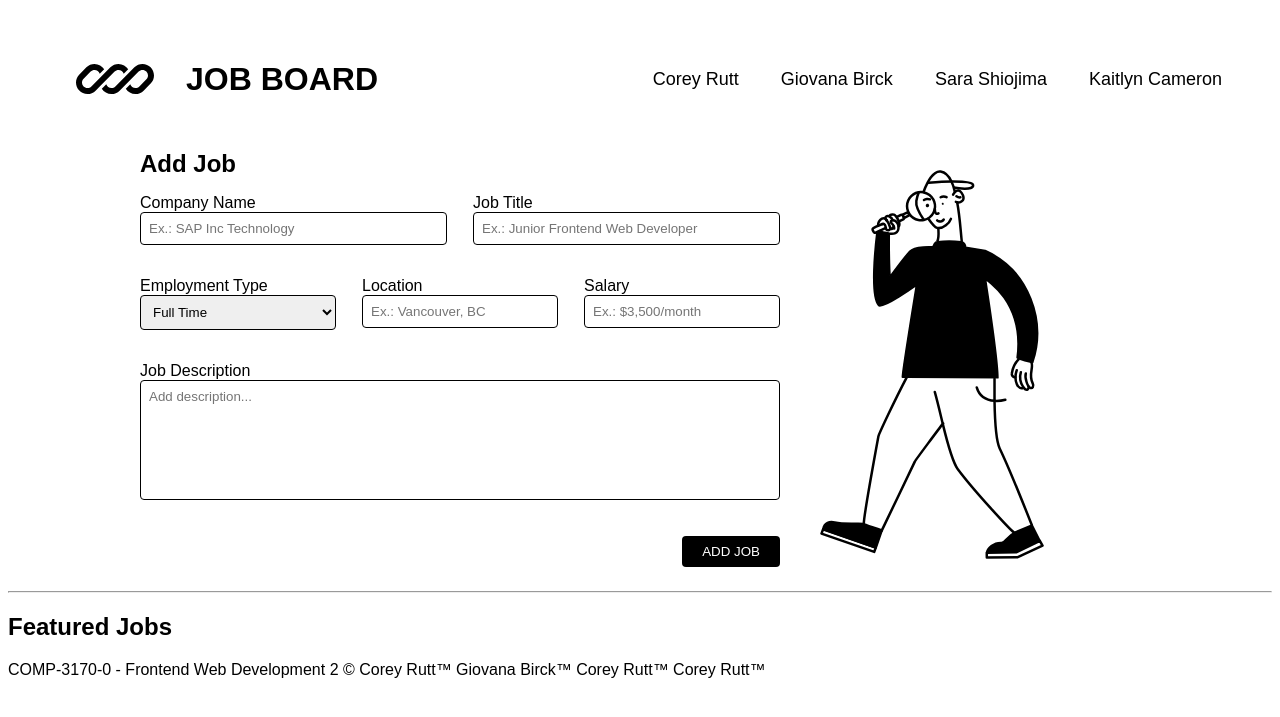
Repository: kcameron37/Final-Project-FrontEnd
Page: /
The author's editor kept a copy of each file at every save. The page is drawn from the files as they stood at one save, then again after the next save.
The browser window is 1280 px wide. The pictures show the whole page.
The project was rebuilt for these pictures with package versions that can differ from the ones it lists, and the page was loaded fresh each time.

Above is the page before, as saved 2023-11-14 21:34:39.

### src/index.js
import { StrictMode } from "react";
import { createRoot } from "react-dom/client";

import App from "./App";

const rootElement = document.getElementById("root");
const root = createRoot(rootElement);

root.render(
  <StrictMode>
    <App />
    <p>COMP-3170-0 - Frontend Web Development 2 &copy; Corey Rutt&trade; Giovana Birck&trade; Corey Rutt&trade; Corey Rutt&trade; </p>
  </StrictMode>
);

### src/App.js
import React, { useState } from 'react';

import styles from './styles.css';

import JobList from './components/JobList.js';
import AddJob from './components/AddJob.js';
import NavBar from './components/NavBar.js';


export default function App() {
  const [jobs, setJobs] = useState([]);

  const addJob = (job) => {
    setJobs([...jobs, job]);
  };

  const deleteJob = (index) => {
    const newJobs = jobs.filter((_, idx) => idx !== index);
    setJobs(newJobs);
  };

  return (
    <div className="App">
      <NavBar />
      <AddJob addJob={addJob} />
      <JobList jobs={jobs} deleteJob={deleteJob} />
    </div>
  );
}

### src/styles.css
.App {
  font-family: 'Rubik', sans-serif;
}

### src/components/JobList.js
import React from 'react';

export default function JobList({ jobs, deleteJob }) {
  return (
    <div>
      <hr />
      <h2>Featured Jobs</h2>
      {
        jobs.map((job, index) => (
          <div key={index} className="job-item">
            <h3>{job.jobTitle}</h3>
            <button onClick={() => console.log('Make Edit Do Something')}>Edit</button>
            <button onClick={() => deleteJob(index)}>Delete</button>
            <p>{job.companyName} • {job.employment} • {job.location} • {job.salary}</p>
            <p>{job.description}</p>
            <hr />
          </div>
        ))
      }
    </div>
  );
}

### src/components/AddJob.js
import React, { useState } from 'react';
import styles from './addJob.module.css';


export default function AddJob({ addJob }) {

    const [job, setJob] = useState({
        companyName: '',
        jobTitle: '',
        employment: 'Full Time',
        location: '',
        salary: '',
        description: ''
    });

    const handleSubmit = (e) => {
        e.preventDefault();
        addJob(job);
        setJob({ companyName: '', jobTitle: '', employment: 'Full Time', location: '', salary: '', description: '' });
    }

    const handleChange = (e) => {
        setJob({ ...job, [e.target.name]: e.target.value });
    };

    return (

        <form onSubmit={handleSubmit} className={styles.container}>
            <div className={styles.form}>
                <h2 className={styles.formTitle}>Add Job</h2>

                <div className={styles.formRow}>
                    <div className={styles.inputContainer}>
                        <label className={styles.inputLabel}>
                            Company Name
                        </label>

                        <input
                            type="text"
                            name="companyName"
                            value={job.companyName}
                            onChange={handleChange}
                            placeholder="Ex.: SAP Inc Technology"
                            className={styles.textInput}
                        />
                    </div>

                    <div className={styles.inputContainer}>
                        <label className={styles.inputLabel}>
                            Job Title
                        </label>

                        <input
                            type="text"
                            name="jobTitle"
                            value={job.jobTitle}
                            onChange={handleChange}
                            placeholder="Ex.: Junior Frontend Web Developer"
                            className={styles.textInput}
                        />
                    </div>
                </div>

                <div className={styles.formRow}>
                    <div className={styles.inputContainer}>
                        <label className={styles.inputLabel}>
                            Employment Type
                        </label>

                        <select
                            name="employment"
                            value={job.employment}
                            onChange={handleChange}
                            className={styles.selectInput}
                        >
                            <option value="Full Time">Full Time</option>
                            <option value="Part Time">Part Time</option>
                        </select>
                    </div>

                    <div className={styles.inputContainer}>
                        <label className={styles.inputLabel}>
                            Location
                        </label>

                        <input
                            type="text"
                            name="location"
                            value={job.location}
                            onChange={handleChange}
                            placeholder="Ex.: Vancouver, BC"
                            className={styles.textInput}
                        />
                    </div>

                    <div className={styles.inputContainer}>
                        <label className={styles.inputLabel}>
                            Salary
                        </label>

                        <input
                            type="text"
                            name="salary"
                            value={job.salary}
                            onChange={handleChange}
                            placeholder="Ex.: $3,500/month"
                            className={styles.textInput}
                        />
                    </div>
                </div>

                <div className={styles.formRow}>
                    <div className={styles.inputContainer}>
                        <label className={styles.inputLabel}>
                            Job Description
                        </label>

                        <textarea
                            name="description"
                            value={job.description}
                            onChange={handleChange}
                            placeholder="Add description..."
                            className={styles.textareaInput}
                        />
                    </div>
                </div>

                <div className={styles.formRow}>
                    <button className={styles.button} type="submit">
                        Add Job
                    </button>
                </div>
            </div>

            <div className={styles.imageWrap}>
                <img className={styles.image} src="/images/man.svg" alt="Logo" />
            </div>
        </form>
    );
}

### src/components/NavBar.js
import React from 'react';
import styles from './navBar.module.css';

export default function NavBar() {
    return (
        <div className={styles.navBar}>
            <div className={styles.logo}>
                <img src="/images/logo.svg" alt="Logo" />
                <h2>JOB BOARD</h2>
            </div>

            <div>
                <button>Corey Rutt</button>
                <button>Giovana Birck</button>
                <button>Sara Shiojima</button>
                <button>Kaitlyn Cameron</button>
            </div>
        </div>
    );
}

### src/components/addJob.module.css
* > * {
    box-sizing: border-box;
    font-family: 'Rubik', sans-serif;
  }

  .container {
    display: flex;
    align-items: center;
    gap: 40px;
    width: 100%;
    max-width: 1000px;
    margin: 0 auto;
  }

  .form {
    display: flex;
    flex-direction: column;
    gap: 16px;
    flex: 2;
  }

  .formTitle {
    margin: 0;
  }

  .formRow {
    display: flex;
    width: 100%;
    gap: 26px;
    padding-bottom: 16px;
  }

  .inputContainer {
    flex: 1;
  }

  .input-label {
    display: block;
    margin-bottom: 8px;
  }

  .textInput {
    width: 100%;
    padding: 8px;
    border-radius: 4px;
    border: 1px solid black;
  }

  .selectInput {
    width: 100%;
    padding: 8px;
    border-radius: 4px;
    border: 1px solid black;
  }

  .textareaInput {
    width: 100%;
    padding: 8px;
    border-radius: 4px;
    border: 1px solid black;
    resize: none;
    height: 120px;
  }

  .button {
    padding: 8px 20px;
    background-color: #000000;
    color: #ffffff;
    border: none;
    border-radius: 4px;
    cursor: pointer;
    text-transform: uppercase;
    margin-left: auto;
  }

  .imageWrap {
    flex: 1;
  }

  .image {
    width: 70%;
  }

### src/components/navBar.module.css
.logo{
  display: flex;
  align-items: center;
  margin-left: 2em;
  padding: 1em;
}

.logo h2 {
  margin-left: 1em;
  font-size: 32px;
}

.navBar {
    background-color: transparent;
    padding: 10px 20px;
    display: flex;
    align-items: center;
    justify-content: space-between;
  }

  .navBar img {
    height: 30px;
  }

  .navBar button {
    background-color: transparent;
    border: none;
    padding: 10px 12px;
    margin-right: 1em;
    cursor: pointer;
    font-size: 18px;
  }

Loaded but not shown: public/index.html (common file)

After the next save:
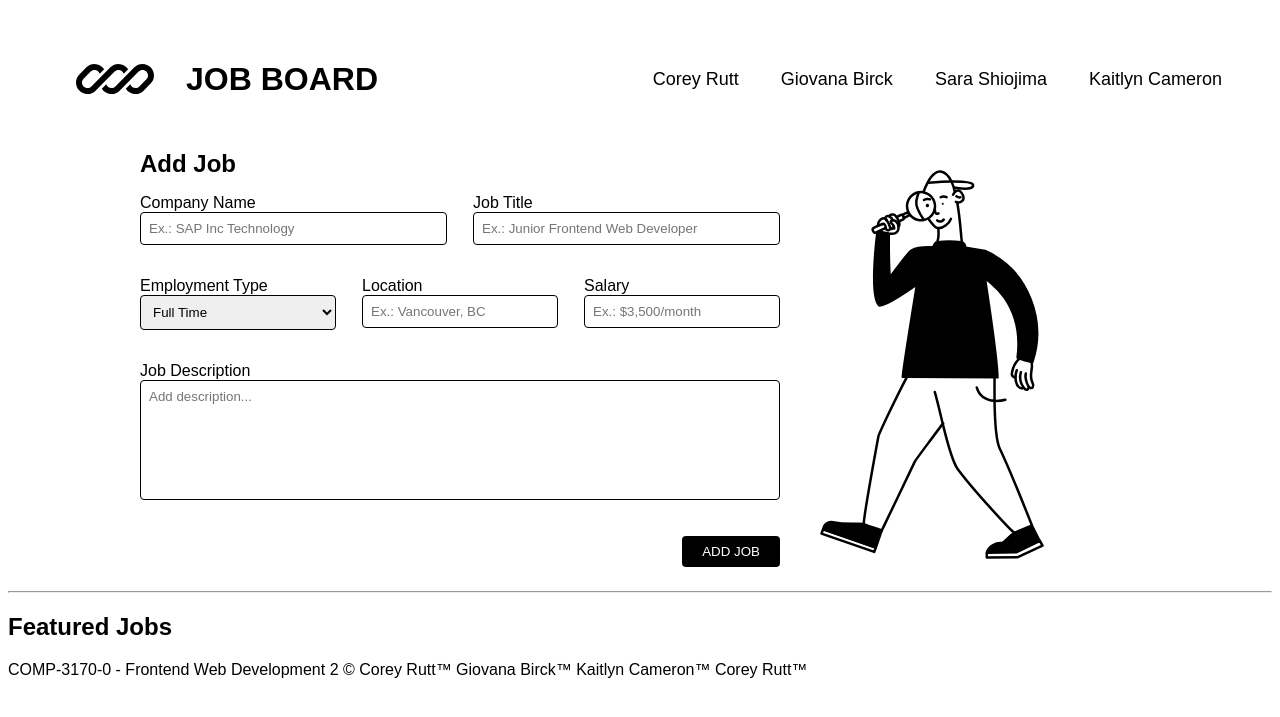
Saved 8 s later.
--- a/src/index.js
+++ b/src/index.js
@@ -9,6 +9,6 @@ const root = createRoot(rootElement);
 root.render(
   <StrictMode>
     <App />
-    <p>COMP-3170-0 - Frontend Web Development 2 &copy; Corey Rutt&trade; Giovana Birck&trade; Corey Rutt&trade; Corey Rutt&trade; </p>
+    <p>COMP-3170-0 - Frontend Web Development 2 &copy; Corey Rutt&trade; Giovana Birck&trade; Kaitlyn Cameron&trade; Corey Rutt&trade; </p>
   </StrictMode>
 );
